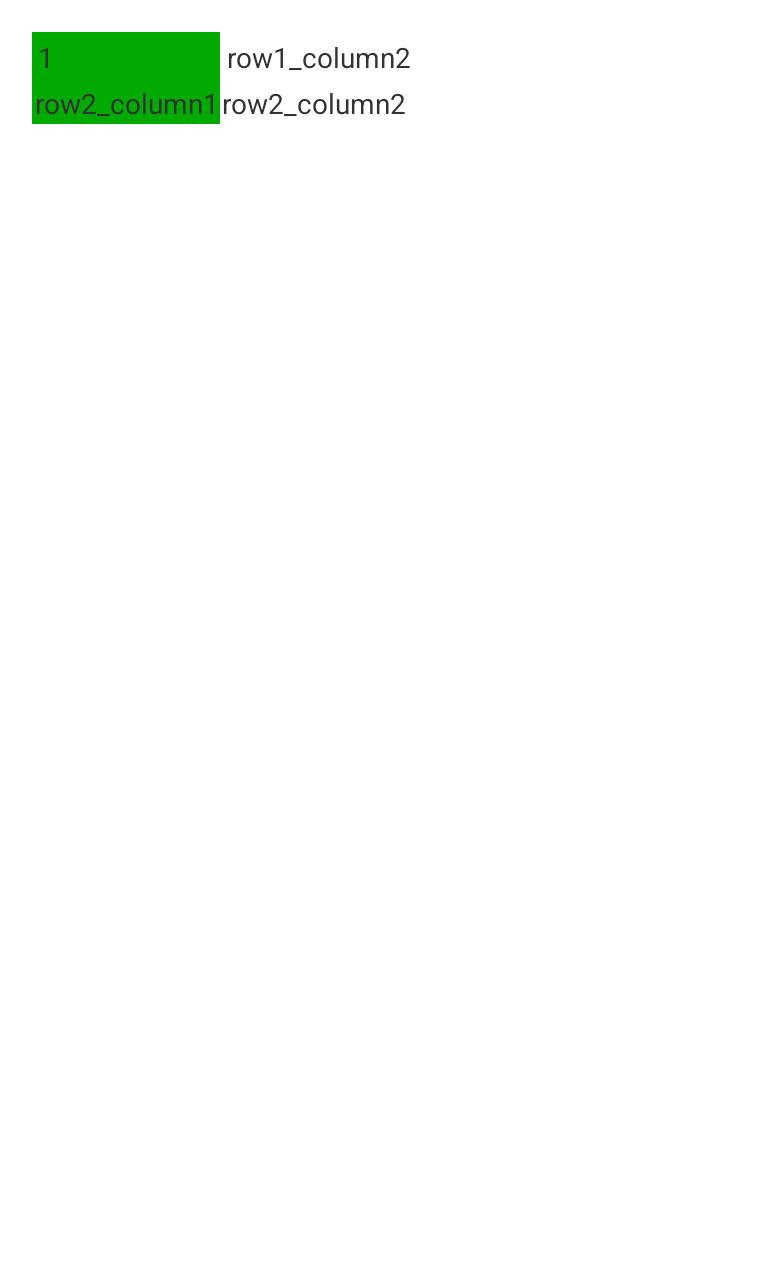
Repository: HouJun11220033/Android
Layout: Layout_02/res/layout/main.xml
The author's editor kept a copy of each file at every save. The layout is drawn from the files as they stood at one save, then again after the next save.
It is drawn on a 768 x 1280 px phone screen (xhdpi) without system bars, with theme AppTheme; the app's code is not run.

Above is the layout before, as saved 2016-09-15 13:32:31.

### Layout_02/res/layout/main.xml
<TableLayout xmlns:android="http://schemas.android.com/apk/res/android"
    xmlns:tools="http://schemas.android.com/tools"
    android:layout_width="match_parent"
    android:layout_height="match_parent"
    android:paddingBottom="@dimen/activity_vertical_margin"
    android:paddingLeft="@dimen/activity_horizontal_margin"
    android:paddingRight="@dimen/activity_horizontal_margin"
    android:paddingTop="@dimen/activity_vertical_margin"
    tools:context="com.example.MainActivity" >

    <TableRow>

        <!-- <TextView -->
        <!-- android:layout_width="wrap_content" -->
        <!-- android:layout_height="wrap_content" -->
        <!-- android:text="@string/hello_world" /> -->

        <TextView
            android:background="#00aa00"
            android:gravity="center_vertical"
            android:padding="3dip"
            android:text="1" />

        <TextView
            android:gravity="center_horizontal"
            android:padding="3dip"
            android:text="@string/row1_column2" />
    </TableRow>

    <TableRow>

        <TextView
            android:background="#00aa00"
            android:gravity="center_horizontal"
            android:padding="1dip"
            android:text="@string/row2_column1" />

        <TextView
            android:gravity="left"
            android:padding="1dip"
            android:text="@string/row2_column2" >
        </TextView>
    </TableRow>

</TableLayout>

### Layout_02/res/values/strings.xml
<?xml version="1.0" encoding="utf-8"?>
<resources>

    <string name="app_name">Layout_02</string>
    <string name="hello_world">Hello world!</string>
    <string name="action_settings">Settings</string>
    <string name="row1_column1">row1_column1</string>
    <string name="row1_column2">row1_column2</string>
    <string name="row2_column1">row2_column1</string>
    <string name="row2_column2">row2_column2</string>

</resources>

Loaded but not shown: Layout_02/res/values/styles.xml (common file); Layout_02/res/values-v11/styles.xml (common file); Layout_02/res/values-v14/styles.xml (common file); Layout_02/res/values/dimens.xml (common file); Layout_02/res/values-w820dp/dimens.xml (common file)

After the next save:
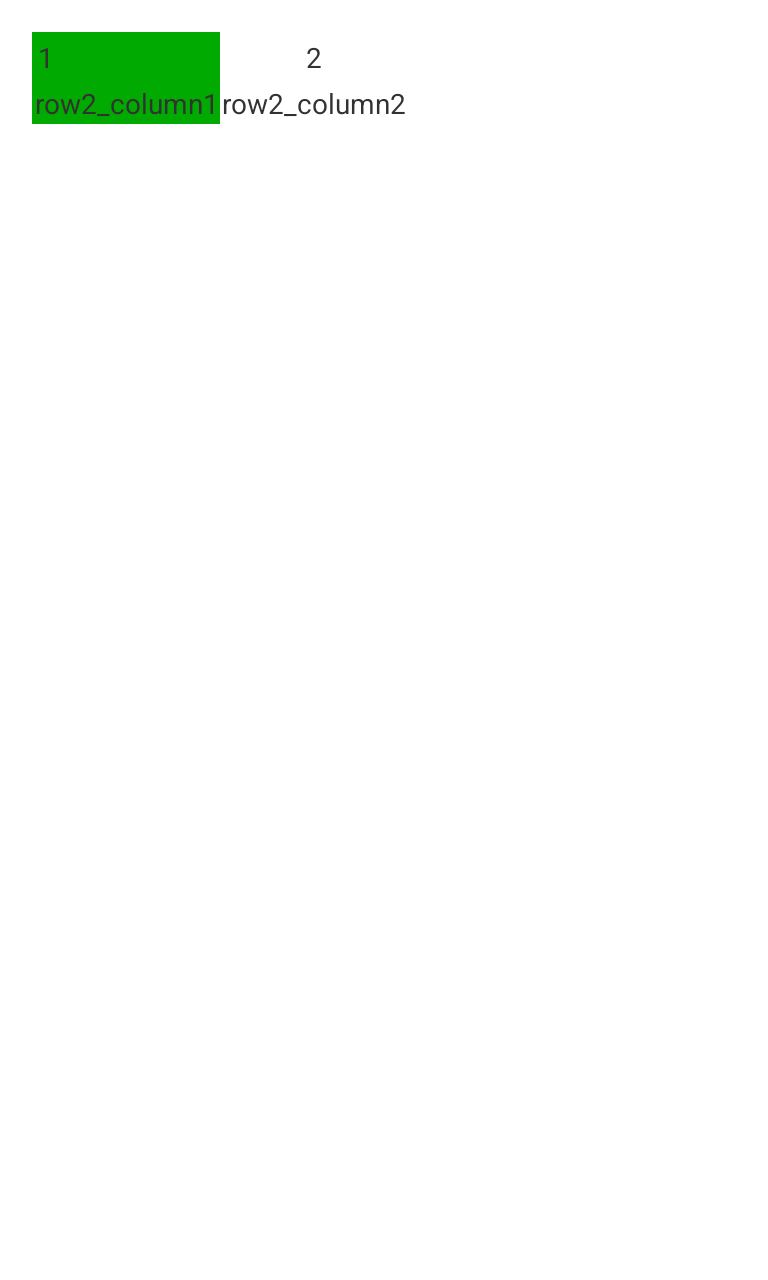
Saved 4 s later.
--- a/Layout_02/res/layout/main.xml
+++ b/Layout_02/res/layout/main.xml
@@ -24,7 +24,7 @@
         <TextView
             android:gravity="center_horizontal"
             android:padding="3dip"
-            android:text="@string/row1_column2" />
+            android:text="2" />
     </TableRow>
 
     <TableRow>
